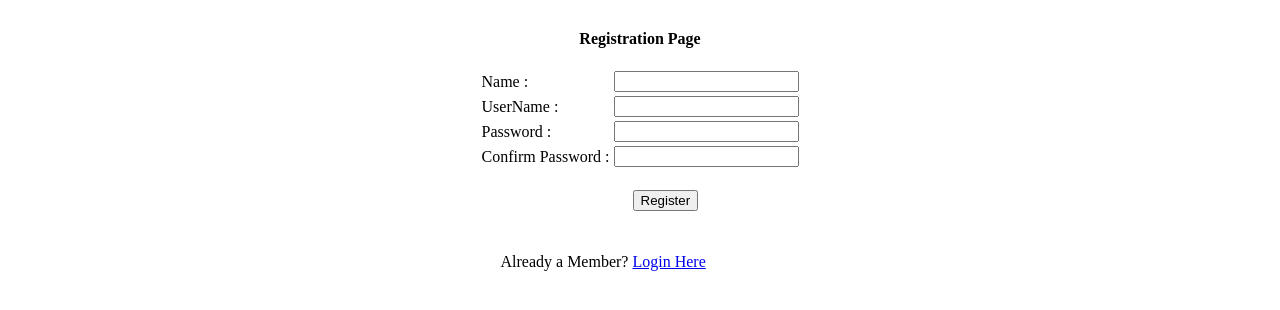
Repository: ShegokarSneha/Login-Registration
Page: http://localhost/LoginRegistration/Register.jsp
These files come from the project's save history. The page is drawn as it stood at one moment and after the next save; the edit follows.
The browser window is 1280 px wide. The pictures show the whole page.
The page is served by Tomcat 9. Nobody is signed in. The application's start-up code is not run. Other server files are loaded and not shown.

Above is the page before, as saved 2019-07-09 08:49:20.

### LoginRegistration/WebContent/Register.jsp
<%@ page language="java" contentType="text/html; charset=UTF-8"
	pageEncoding="UTF-8"%>
<!DOCTYPE html>
<html>
<head>
<meta charset="UTF-8">
<title>Insert title here</title>
</head>
<body>

		<form action="Registration" method = "post">
			<table align = "center">
			<tr>
			<th colspan="2" style = "padding:20px">Registration Page</th>
			</tr>
				<tr>
					<td>Name :</td>
					<td><input type="text" name="name"></td>
				<tr>
					<td>UserName :</td>
					<td><input type="text" name="username"></td>
				<tr>
					<td>Password :</td>
					<td><input type="password" name="password"></td>
				<tr>
					<td>Confirm Password :</td>
					<td><input type="password" name="confirmpassword"></td>
				<tr>
				<td></td>
					<td style = "padding:20px;"><input type="Submit" name="Submit" value="Register"></td>
					</tr>
					<tr>
						<td colspan="2" style = "padding:20px;">Already a Member? <a href="Login.jsp">Login Here</a></td>
						</tr>
			</table>
		</form>
</body>
</html>

After the next save:
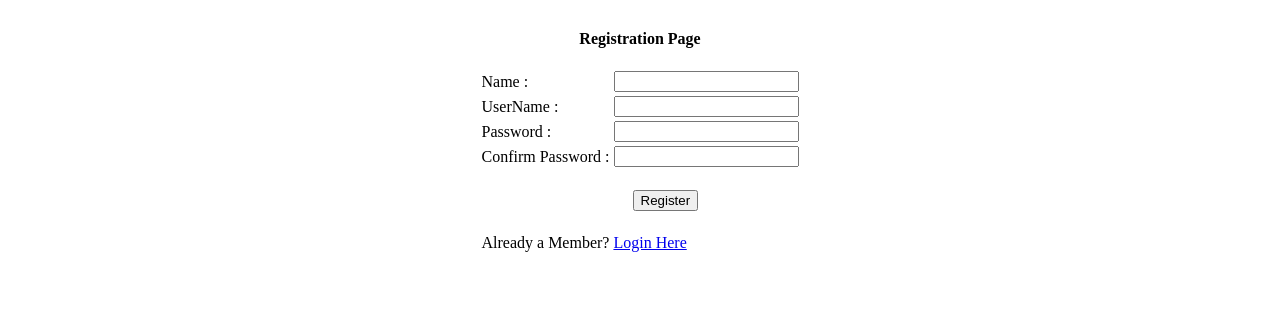
Saved 23 s later.
--- a/LoginRegistration/WebContent/Register.jsp
+++ b/LoginRegistration/WebContent/Register.jsp
@@ -30,7 +30,7 @@
 					<td style = "padding:20px;"><input type="Submit" name="Submit" value="Register"></td>
 					</tr>
 					<tr>
-						<td colspan="2" style = "padding:20px;">Already a Member? <a href="Login.jsp">Login Here</a></td>
+						<td colspan="2" >Already a Member? <a href="Login.jsp">Login Here</a></td>
 						</tr>
 			</table>
 		</form>
